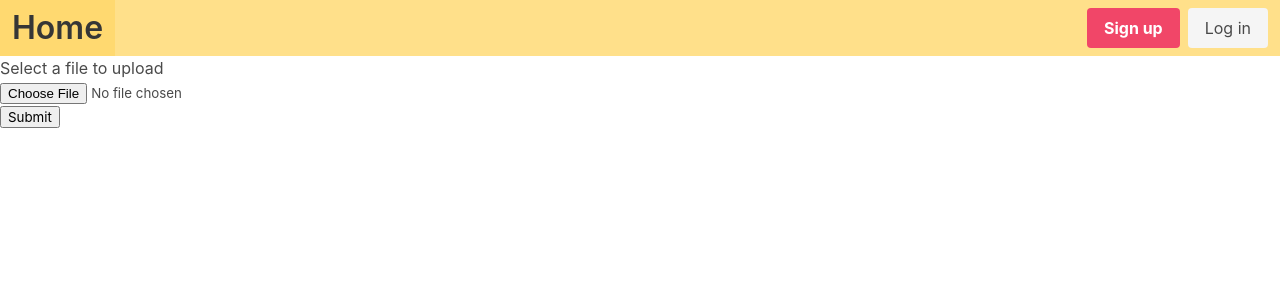
Repository: Manumathew01/Segmentation-of-retinal-images
Page: http://localhost/
An editor plug-in stored every save of this project. The page is shown before and after the next save, followed by the edit.
The browser window is 1280 px wide. The pictures show the whole page.
The page is served by the project's application, run on Flask 3 (main.py).

Above is the page before, as saved 2022-05-12 11:38:58.

### templates/base.html
<!DOCTYPE html>
<html>
  <head>
    <meta charset="utf-8" />
    <meta name="viewport" content="width=device-width, initial-scale=1" />
    <title>{% block title %}Home{% endblock %}</title>
    <link
      rel="stylesheet"
      href="https://cdn.jsdelivr.net/npm/bulma@0.9.3/css/bulma.min.css"
    />
  </head>
  <body>
    <nav
      class="navbar is-warning"
      role="navigation"
      aria-label="main navigation"
    >
      <div class="navbar-brand">
        <a class="navbar-item" href="/">
          <p class="title">Home</p>
        </a>

        <a
          role="button"
          class="navbar-burger"
          aria-label="menu"
          aria-expanded="false"
          data-target="navbarBasicExample"
        >
          <span aria-hidden="true"></span>
          <span aria-hidden="true"></span>
          <span aria-hidden="true"></span>
        </a>
      </div>

      <div id="navbarBasicExample" class="navbar-menu">
        <div class="navbar-start"></div>

        <div class="navbar-end">
          <div class="navbar-item">
            <div class="buttons">
              <a class="button is-danger" href="/sign-up">
                <strong>Sign up</strong>
              </a>
              <a class="button is-light" href="/login"> Log in </a>
            </div>
          </div>
        </div>
      </div>
    </nav>

    {%block content%} {% endblock %}
  </body>
</html>

<!doctype html>
<title>Python Flask File Upload Example</title>
<h2>Select a file to upload</h2>
<p>
	{% with messages = get_flashed_messages() %}
	  {% if messages %}
		<ul>
		{% for message in messages %}
		  <li>{{ message }}</li>
		{% endfor %}
		</ul>
	  {% endif %}
	{% endwith %}
</p>
{% if filename %}
	<div>
		<img src="{{ url_for('display_image', filename=filename) }}">
	</div>
{% endif %}
<form method="post" action="/" enctype="multipart/form-data">
    <dl>
		<p>
			<input type="file" name="file" autocomplete="off" required>
		</p>
    </dl>
    <p>
		<input type="submit" value="Submit">
	</p>
</form>

### main.py
import os
from app import app
import urllib.request
from flask import Flask, flash, request, redirect, url_for, render_template
from werkzeug.utils import secure_filename

ALLOWED_EXTENSIONS = set(['png', 'jpg', 'jpeg', 'gif'])


def allowed_file(filename):
    return '.' in filename and filename.rsplit('.', 1)[1].lower() in ALLOWED_EXTENSIONS


@app.route('/')
def upload_form():
    return render_template('base.html')


@app.route('/', methods=['POST'])
def upload_image():
    if 'file' not in request.files:
        flash('No file part')
        return redirect(request.url)
    file = request.files['file']
    if file.filename == '':
        flash('No image selected for uploading')
        return redirect(request.url)
    if file and allowed_file(file.filename):
        filename = secure_filename(file.filename)
        file.save(os.path.join(app.config['UPLOAD_FOLDER'], filename))
        #print('upload_image filename: ' + filename)
        flash('Image successfully uploaded and displayed below')
        return render_template('base.html', filename=filename)
    else:
        flash('Allowed image types are -> png, jpg, jpeg, gif')
        return redirect(request.url)


@app.route('/display/<filename>')
def display_image(filename):
    #print('display_image filename: ' + filename)
    return redirect(url_for('static', filename='uploads/' + filename), code=301)


if __name__ == "__main__":
    app.run()

### app.py
from flask import Flask

UPLOAD_FOLDER = 'static/uploads/'

app = Flask(__name__)
app.secret_key = "secret key"
app.config['UPLOAD_FOLDER'] = UPLOAD_FOLDER
app.config['MAX_CONTENT_LENGTH'] = 16 * 1024 * 1024

After the next save:
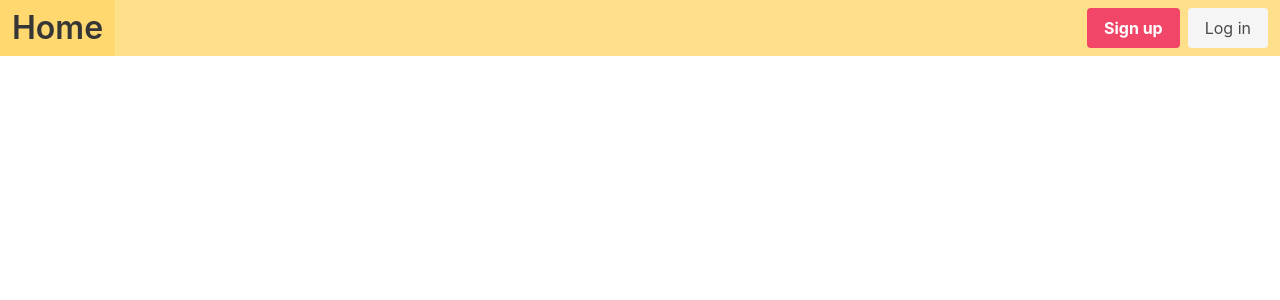
Saved 25 s later.
--- a/templates/base.html
+++ b/templates/base.html
@@ -52,33 +52,3 @@
     {%block content%} {% endblock %}
   </body>
 </html>
-
-<!doctype html>
-<title>Python Flask File Upload Example</title>
-<h2>Select a file to upload</h2>
-<p>
-	{% with messages = get_flashed_messages() %}
-	  {% if messages %}
-		<ul>
-		{% for message in messages %}
-		  <li>{{ message }}</li>
-		{% endfor %}
-		</ul>
-	  {% endif %}
-	{% endwith %}
-</p>
-{% if filename %}
-	<div>
-		<img src="{{ url_for('display_image', filename=filename) }}">
-	</div>
-{% endif %}
-<form method="post" action="/" enctype="multipart/form-data">
-    <dl>
-		<p>
-			<input type="file" name="file" autocomplete="off" required>
-		</p>
-    </dl>
-    <p>
-		<input type="submit" value="Submit">
-	</p>
-</form>

After the save that followed:
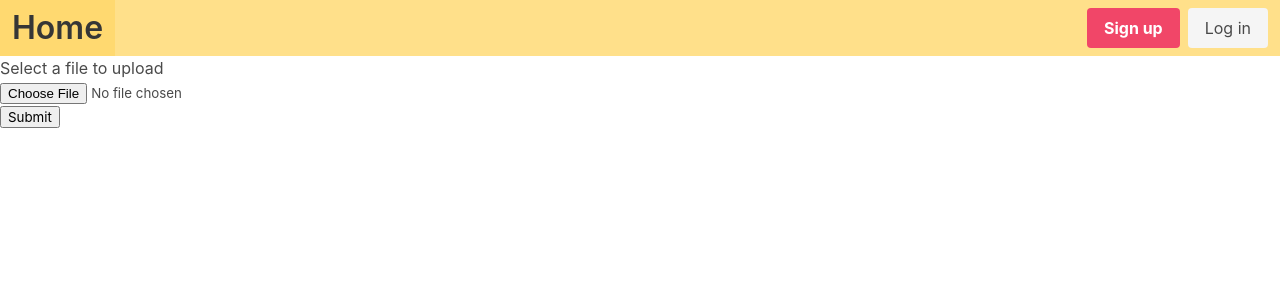
Saved 5 s later.
--- a/templates/base.html
+++ b/templates/base.html
@@ -49,6 +49,34 @@
       </div>
     </nav>
 
+    <h2>Select a file to upload</h2>
+<p>
+	{% with messages = get_flashed_messages() %}
+	  {% if messages %}
+		<ul>
+		{% for message in messages %}
+		  <li>{{ message }}</li>
+		{% endfor %}
+		</ul>
+	  {% endif %}
+	{% endwith %}
+</p>
+{% if filename %}
+	<div>
+		<img src="{{ url_for('display_image', filename=filename) }}">
+	</div>
+{% endif %}
+<form method="post" action="/" enctype="multipart/form-data">
+    <dl>
+		<p>
+			<input type="file" name="file" autocomplete="off" required>
+		</p>
+    </dl>
+    <p>
+		<input type="submit" value="Submit">
+	</p>
+</form>
+
     {%block content%} {% endblock %}
   </body>
 </html>
